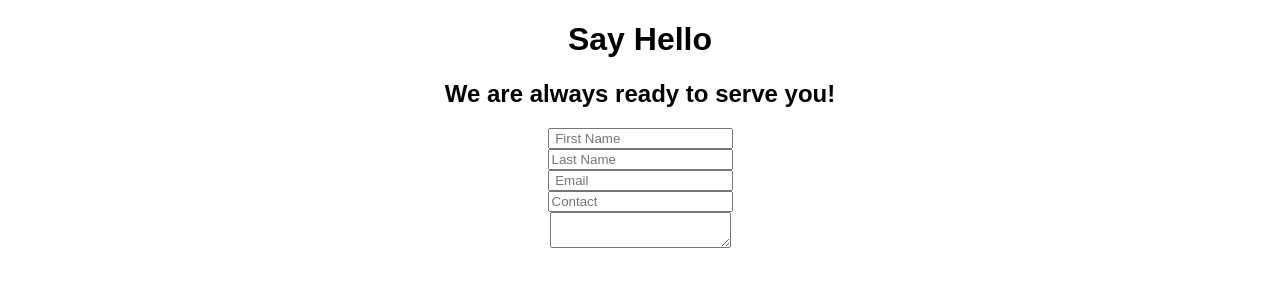
Repository: Owusuharriet/HW1-HAMAH.index.html
Page: index.htm
An editor plug-in stored every save of this project. The page is shown before and after the next save, followed by the edit.
The browser window is 1280 px wide. The pictures show the whole page.

Above is the page before, as saved 2020-08-03 22:42:43.

### index.htm
<!DOCTYPE html>
<html lang="en">
<head>
    <meta charset="UTF-8">
    <meta name="viewport" content="width=device-width, initial-scale=1.0">
    <link rel="stylesheet" href="./style.css">
    <title>Contact Form</title>
</head>
<body>
    <div class="contact-title">
        <h1>Say Hello</h1>
        <h2>We are always ready to serve you!</h2>
    </div>

    <div class="contact-form">
        <form id="contact-form" method="post" action=""></form>
        <input name="name" type="text" class="form-control" placeholder=" First Name" required>
        <br>
        <input name="name" type="text" class="form-control" placeholder="Last Name" required>
        <br>
        <input name="emial" type="email" class="form-control" placeholder=" Email"required>
        <br>
        <input name="contact" type="contact" class="form-control" placeholder="Contact">
        <br>

        <textarea name="message" class="from-control"></textarea>

    </div>


</body>
</html>

### style.css
body{
    margin: 0;
    padding: 0;
    text-align: center;
    background: linear-gr
    background-size: cover;
    background-position: center;
    font-family: sans-serif;
}
.content-title{
    margin-top: 90px;
    color: #fff;
    text-transform: uppercase;
    transition: all 2 ease-in-out;

}
.content-title h1{
    font-size: 32px;
    line-height: 10px;
}

.content-title h2{
    font-size: 10px;
}

After the next save:
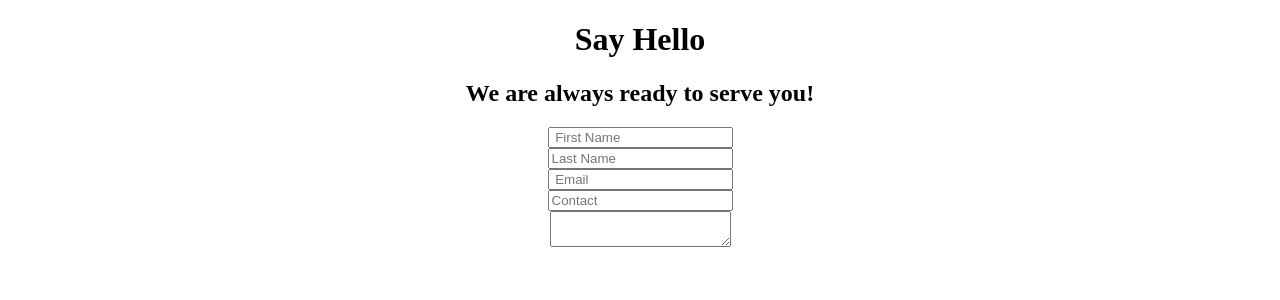
Saved 20 s later.
--- a/style.css
+++ b/style.css
@@ -5,7 +5,7 @@ body{
     background: linear-gr
     background-size: cover;
     background-position: center;
-    font-family: sans-serif;
+
 }
 .content-title{
     margin-top: 90px;
